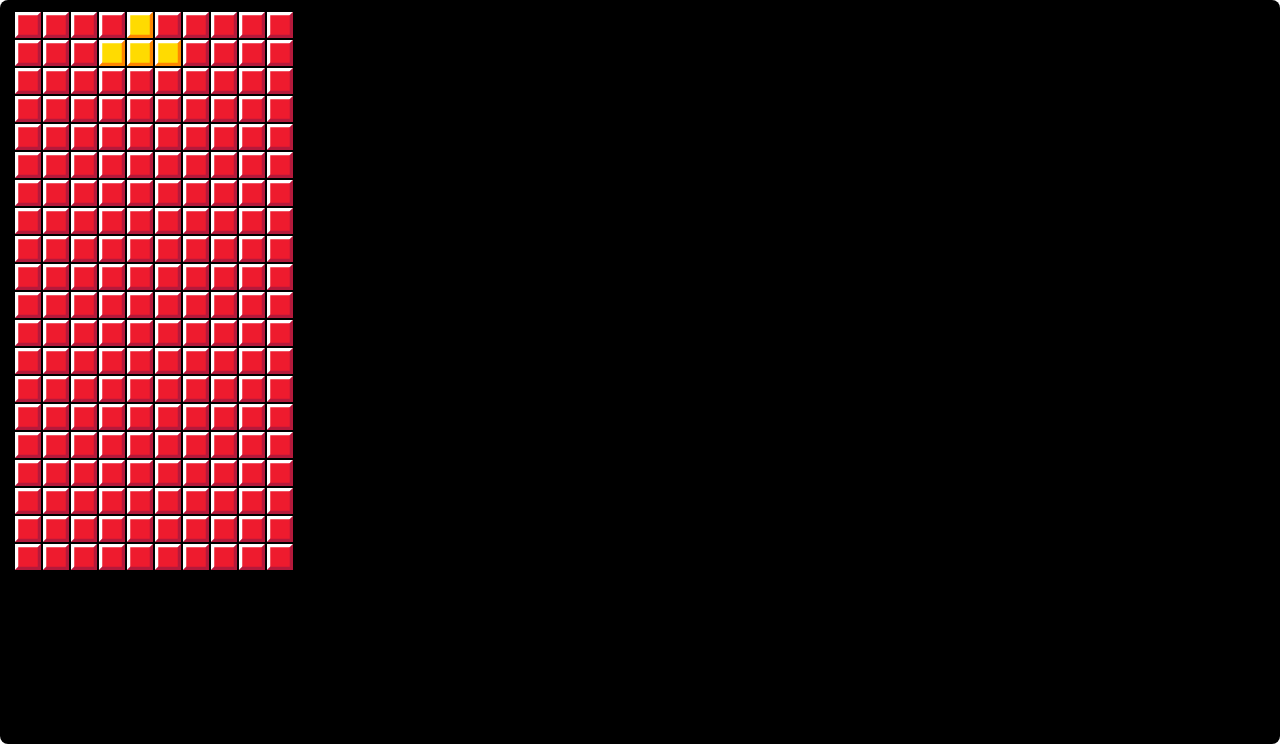
Repository: powidev/Epik-Tetris
Page: index.html
An editor plug-in stored every save of this project. The page is shown before and after the next save, followed by the edit.
The browser window is 1280 px wide. The pictures show the whole page.

Above is the page before, as saved 2025-05-20 10:23:30.

### index.html
<!DOCTYPE html>
<html lang="en">
<head>
    <meta charset="UTF-8">
    <meta name="viewport" content="width=device-width, initial-scale=1.0">
    <title>Tetris</title>
    <link rel="stylesheet" href="style.css">
</head>
<body>
    <div class="canvas-container">
        <canvas id="canvas-tetris" width="300" height="600"></canvas>
    </div>

    <script src="scripts/main.js" type="module"></script>
</body>
</html>

### style.css
body {
    display: flex;
    margin: 0;
    padding: 0;
}
.canvas-container {
    width: 100%;
    height: 100vh;
    background-color: black;
    padding: 12px 15px;
    border-radius: 8px;
}

### scripts/main.js
import { BoardTetris } from "/scripts/boardTetris.js";
import { Tetromino, TetraminoTypes } from "/scripts/tetromino.js";

const canvasTetris = document.getElementById("canvas-tetris");
const rows = 20;
const cols = 10;
const cellSize = 26;
const space = 2;

const boardTetris = new BoardTetris(canvasTetris, rows, cols, cellSize, space);

const tetrominoType = TetraminoTypes.T;
const tetromino = new Tetromino(canvasTetris, cellSize, tetrominoType.shapes, tetrominoType.initPosition, tetrominoType.id);

function update() {

    boardTetris.draw();
    tetromino.draw(boardTetris);
    requestAnimationFrame(update);
}

update();

### scripts/boardTetris.js
import { Grid } from '/scripts/grid.js';

export class BoardTetris extends Grid {
    constructor(canvas, rows, cols, cellSize, space) {
        super(canvas, rows, cols, cellSize, space);
    }

    isInside(row, col){
        return row >= 0 && row < this.rows && col >= 0 && col < this.cols;
    }
    isEmpty(row, col){
        return this.matriz[row][col] === 0 && this.isInside(row, col);
    }
    isRowFull(row){
        return this.matriz[row].every(element => element !== 0);
    }
    isRowEmpty(row){
        return this.matriz[row].every(element => element === 0);
    }
    clearRow(row){
        this.matriz[row].fill(0);
    }
    moveRowDown(row, numRows){
        this.matriz[row + numRows] = this.matriz[row].slice();
        this.clearRow(row);
    }
    clearFullRows(){
        let cont = 0;

        for(let row  = this.rows - 1; row >= 0; row--){
            if(this.isRowFull(row)){
                this.clearRow(row);
                cont++;
            }
            else if(cont > 0){
                this.moveRowDown(row, cont);
            }
        }
        return cont;
    }
    gameOver(){
        return !(this.isRowEmpty(0));
    }
}

### scripts/tetromino.js

class Position{
    constructor(row, column){
        this.row = row;
        this.column = column;
    }
}

class Tetromino {
    constructor(canvas, cellSize, shapes = [], initPosition = new Position(), id=1) {
        this.canvas = canvas;
        this.ctx = this.canvas.getContext('2d');
        this.cellSize = cellSize;
        this.shapes = shapes;
        this.rotation = 0;
        this.initPosition = initPosition;
        this.position = new Position(this.initPosition.row, this.initPosition.column);
        this.id = id;
    }
    drawSquare(x, y, side, color) {
        this.ctx.fillStyle = color;
        this.ctx.fillRect(x, y, side, side);
    }
    drawTriangle(x1, y1, x2, y2, x3, y3, color) {
        this.ctx.beginPath();
        this.ctx.moveTo(x1, y1);
        this.ctx.lineTo(x2, y2);
        this.ctx.lineTo(x3, y3);
        this.ctx.closePath();
        this.ctx.fillStyle = color;
        this.ctx.fill();
    }
    getColorPalette(id) {
        const palette = {
            1:{
                rightTriangle : "#FE8601",
                leftTriangle : "#FFFFFF",
                square : "#FFDB01"
            },
            2:{
                rightTriangle : "#FE5E02",
                leftTriangle : "#FFFFFF",
                square : "#FE8602"
            },
            3:{
                rightTriangle : "#B5193B",
                leftTriangle : "#FFFFFF",
                square : "#EE1B2E"
            },
            4:{
                rightTriangle : "#22974C",
                leftTriangle : "#FFFFFF",
                square : "#24DC4F"
            },
            5:{
                rightTriangle : "#49BDFF",
                leftTriangle : "#FFFFFF",
                square : "#2D97F7"
            },
            6:{
                rightTriangle : "#0000C9",
                leftTriangle : "#FFFFFF",
                square : "#0101F0"
            },
            7:{
                rightTriangle : "#8500D3",
                leftTriangle : "#FFFFFF",
                square : "#A000F1"
            }
        }
        return palette[id] || palette[1];
    }
    drawBlock(x, y, id){
        const margin = this.cellSize / 8;
        const palette = this.getColorPalette(id);

        this.drawTriangle(
            x, y,
            x + this.cellSize, y,
            x, y + this.cellSize,
            palette.leftTriangle
        );

        this.drawTriangle(
            x + this.cellSize, y,
            x + this.cellSize, y + this.cellSize,
            x, y + this.cellSize,
            palette.rightTriangle
        );

        this.drawSquare(
            x + margin,
            y + margin,
            this.cellSize - (margin * 2),
            palette.square
        );
    }
    currentShape(){
        return this.shapes[this.rotation];
    }
    draw(grid){
        const shape = this.currentShape();
        for(let i = 0; i < shape.length; i++){
            const position = grid.getCoordinates(
                this.position.column + shape[i].column,
                this.position.row + shape[i].row
            );
            this.drawBlock(position.x, position.y, this.id);
        }
    }
    currentPosition(){
        const positions = [];
        const shape = this.currentShape();
        for(let i = 0; i < shape.length; i++){
            positions.push(new Position(
                this.position.row + shape[i].row,
                this.position.column + shape[i].column
            ));
        }
        return positions;
    }
    move(row, column){
        this.position.row += row;
        this.position.column += column;
    }
    reset(){
        this.rotation = 0;
        this.position = new Position(this.initPosition.row, this.initPosition.column);
    }
}

const TetraminoTypes = {
    T:{
        id:1,
        initPosition: new Position(0, 3),
        shapes: [
            [new Position(0, 1), new Position(1, 0), new Position(1, 1), new Position(1, 2)],
            [new Position(0, 1), new Position(1, 1), new Position(1, 2), new Position(2, 1)],
            [new Position(1, 0), new Position(1, 1), new Position(1, 2), new Position(2, 1)],
            [new Position(0, 1), new Position(1, 0), new Position(1, 1), new Position(2, 1)]
        ]
    },
    O:{
        id:2,
        initPosition: new Position(0, 4),
        shapes: [
            [new Position(0, 0), new Position(0, 1), new Position(1, 0), new Position(1, 1)]
        ]
    },
    I:{
        id:3,
        initPosition: new Position(-1, 3),
        shapes: [
            [new Position(1, 0), new Position(1, 1), new Position(1, 2), new Position(1, 3)],
            [new Position(0, 2), new Position(1, 2), new Position(2, 2), new Position(3, 2)],
            [new Position(2, 0), new Position(2, 1), new Position(2, 2), new Position(2, 3)],
            [new Position(0, 1), new Position(1, 1), new Position(2, 1), new Position(3, 1)]
        ]
    },
    S:{
        id:4,
        initPosition: new Position(0, 3),
        shapes: [
            [new Position(0, 1), new Position(0, 2), new Position(1, 0), new Position(1, 1)],
            [new Position(0, 1), new Position(1, 1), new Position(1, 2), new Position(2, 2)],
            [new Position(1, 1), new Position(1, 2), new Position(2, 0), new Position(2, 1)],
            [new Position(0, 0), new Position(1, 0), new Position(1, 1), new Position(2, 1)]
        ]
    },
    Z:{
        id:5,
        initPosition: new Position(0, 3),
        shapes: [
            [new Position(0, 0), new Position(0, 1), new Position(1, 1), new Position(1, 2)],
            [new Position(0, 2), new Position(1, 1), new Position(1, 2), new Position(2, 1)],
            [new Position(1, 0), new Position(1, 1), new Position(2, 1), new Position(2, 2)],
            [new Position(0, 1), new Position(1, 0), new Position(1, 1), new Position(2, 0)]
        ]
    },
    J:{
        id:6,
        initPosition: new Position(0, 3),
        shapes: [
            [new Position(0, 0), new Position(1, 0), new Position(1, 1), new Position(1, 2)],
            [new Position(0, 1), new Position(0, 2), new Position(1, 1), new Position(2, 1)],
            [new Position(1, 0), new Position(1, 1), new Position(1, 2), new Position(2, 2)],
            [new Position(0, 1), new Position(1, 1), new Position(2, 0), new Position(2, 1)]
        ]
    },
    L:{
        id:7,
        initPosition: new Position(0, 3),
        shapes: [
            [new Position(0, 2), new Position(1, 0), new Position(1, 1), new Position(1, 2)],
            [new Position(0, 1), new Position(1, 1), new Position(2, 1), new Position(2, 2)],
            [new Position(1, 0), new Position(1, 1), new Position(1, 2), new Position(2, 0)],
            [new Position(0, 0), new Position(0, 1), new Position(1, 1), new Position(2, 1)]
        ]
    }
};

class TetrominosBag {
    constructor(canvas, cellSize){
        this.canvas = canvas;
        this.cellSize = cellSize;
        this.bag = [];
    }

    fillbag(){
        const tetrominosTypes = [
            tetrominosTypes.T,
            tetrominosTypes.O,
            tetrominosTypes.I,
            tetrominosTypes.S,
            tetrominosTypes.Z,
            tetrominosTypes.J,
            tetrominosTypes.L
        ]
        this.bag.length = 0;
        tetrominosTypes.forEach(type=>{
            this.bag.push(new Position(
                this.canvas,
                this.cellSize,
                type.shapes,
                type.initPosition,
                type.id
            ));
        });

        for(let i = this.bag.length - 1; i>0 ; i--){
            let j = Math.floor(Math.random() * (i + 1));
            [this.bag[i], this.bag[j]] = [this.bag[j], this.bag[i]];
        }
    }

    nextTetromino(){
        if(this.bag.length === 0){
            this.fillbag();
        }
        return this.bag.pop();
    }
}

export { Position, Tetromino, TetraminoTypes };

### scripts/grid.js
import { Tetromino } from '/scripts/tetromino.js';

export class Grid {
    constructor(canvas, rows, cols, cellSize, space) {
        this.canvas = canvas;
        this.ctx = canvas.getContext('2d');
        this.rows = rows;
        this.cols = cols;
        this.cellSize = cellSize;
        this.space = space;
        this.matriz = [];
        this.restartMatriz();

        this.canvas.width = this.cols * this.cellSize + (this.space * this.cols);
        this.canvas.height = this.rows * this.cellSize + (this.space * this.rows);

        this.block = new Tetromino(this.canvas, this.cellSize);
    }

    restartMatriz(){
        for(let r = 0; r < this.rows; r++){
            this.matriz[r] = [];
            for(let c = 0; c < this.cols; c++){
                this.matriz[r][c] = 3;
            }
        }
    }

    drawSquare(x, y, side, color, borderColor) {
        const bordeSize = side / 10;

        this.ctx.fillStyle = color;
        this.ctx.fillRect(x, y, side, side);

        this.ctx.strokeStyle = borderColor;
        this.ctx.lineWidth = bordeSize;
        this.ctx.strokeRect(x+bordeSize/2, y+bordeSize/2, side-bordeSize, side-bordeSize);
    }

    getCoordinates(col, row){
        return {x: col * (this.cellSize + this.space), y: row * (this.cellSize + this.space)};
    }

    draw(){
        for(let r = 0; r < this.rows; r++){
            for(let c = 0; c < this.cols; c++){
                const position = this.getCoordinates(c, r);
                if(this.matriz[r][c] !== 0){
                    this.block.drawBlock(position.x,position.y,this.matriz[r][c]);
                }
                else{
                    this.drawSquare(position.x, position.y, this.cellSize, "#000", "#303030");
                }
            }
        }
        this.printMatriz();
    }

    printMatriz(){
        let text = "";
        this.matriz.forEach((row) => {
            text += row.join(" ") + "\n";
        });
        console.log(text);
    }
}

After the next save:
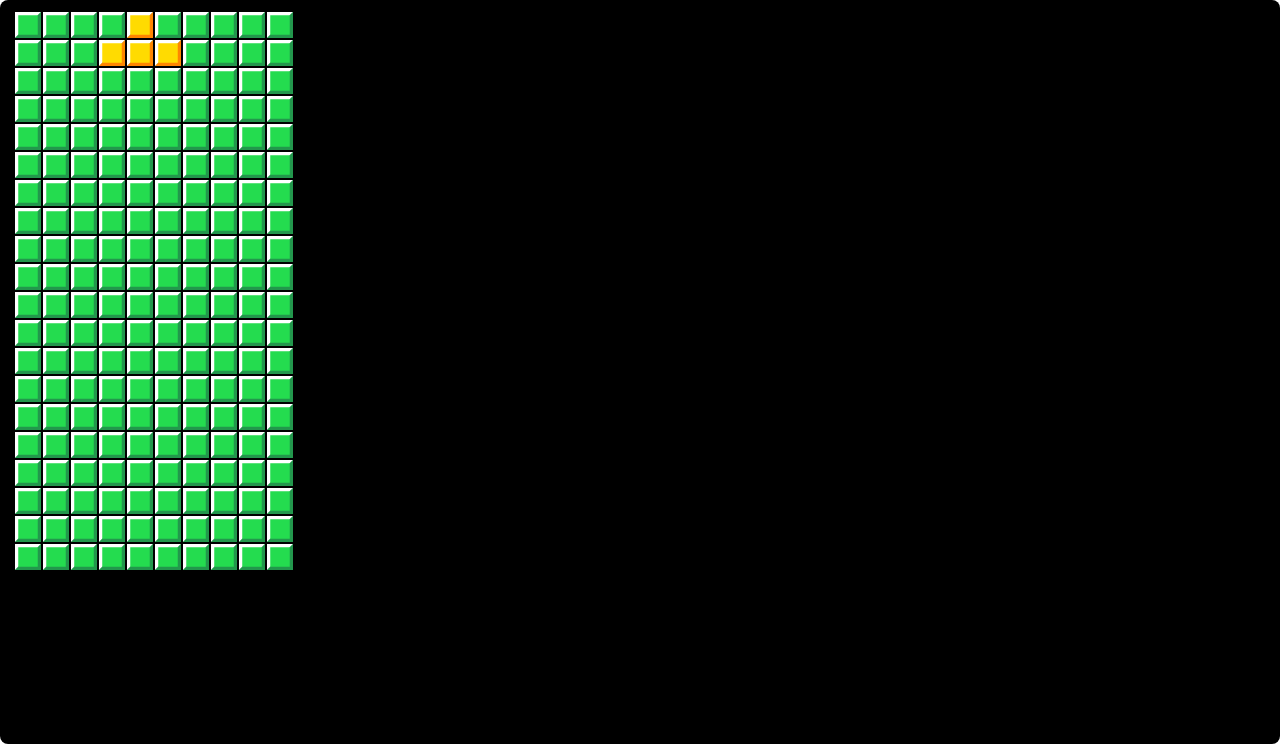
Saved 6 s later.
--- a/scripts/grid.js
+++ b/scripts/grid.js
@@ -21,7 +21,7 @@ export class Grid {
         for(let r = 0; r < this.rows; r++){
             this.matriz[r] = [];
             for(let c = 0; c < this.cols; c++){
-                this.matriz[r][c] = 3;
+                this.matriz[r][c] = 4;
             }
         }
     }
